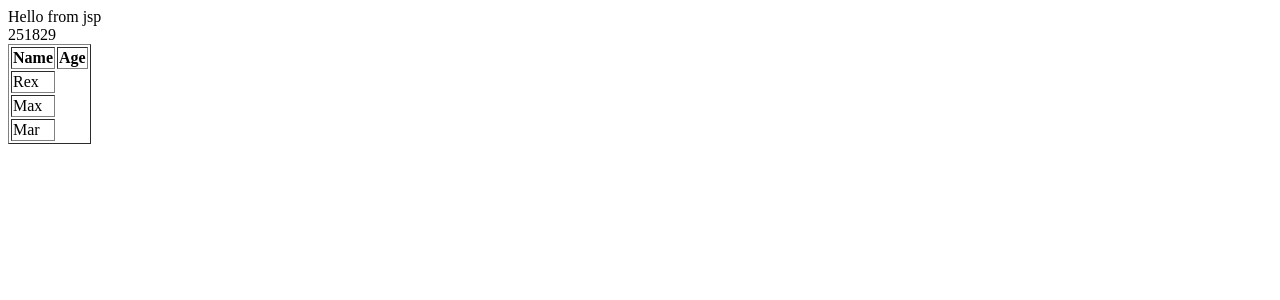
Repository: dflbv879/springefamiliarization
Page: http://localhost/WebApp/MyServlet
The author's editor kept a copy of each file at every save. The page is drawn from the files as they stood at one save, then again after the next save.
The browser window is 1280 px wide. The pictures show the whole page.
The page is served by Tomcat 9.

Above is the page before, as saved 2019-05-13 22:07:15.

### WebApp/WebContent/index.jsp
<%@ page language="java" contentType="text/html; charset=ISO-8859-1"
    pageEncoding="UTF-8"%>
<%@ page import="java.util.*"%>
<!DOCTYPE html>
<html>
<head>
<meta charset="UTF-8">
<title>Insert title here</title>
</head>
<body>
   Hello from jsp
   <br>
   <table border = "1px">
     <tr>
        <th>Name</th>
        <th>Age</th>

     </tr>



     <%
     Map<String,Integer> persons = (Map<String,Integer>)request.getAttribute("persons");
     for(Map.Entry<String, Integer> entry : persons.entrySet()){
	   out.println("<tr><td>"+entry.getKey()+"</tr></td>"+entry.getValue()+"</tr></td>");
    }
   %>
   </table>



</body>
</html>

### WebApp/src/by/demo/Servlet.java
package by.demo;

import java.io.IOException;
import java.io.PrintWriter;
import java.util.HashMap;
import java.util.Map;
import java.util.concurrent.ConcurrentHashMap;
import java.util.concurrent.atomic.AtomicInteger;

import javax.servlet.ServletException;
import javax.servlet.annotation.WebServlet;
import javax.servlet.http.HttpServlet;
import javax.servlet.http.HttpServletRequest;
import javax.servlet.http.HttpServletResponse;

/**
 * Servlet implementation class Servlet
 */
@WebServlet(name = "MyServlet", urlPatterns = { "/MyServlet" })
public class Servlet extends HttpServlet {
	private static final long serialVersionUID = 1L;


	/**
	 * @see HttpServlet#doGet(HttpServletRequest request, HttpServletResponse response)
	 */
	protected void doGet(HttpServletRequest request, HttpServletResponse response) throws ServletException, IOException {

//		request.getRequestDispatcher("hello.jsp").forward(request, response);
//		request.setCharacterEncoding("UTF-8");
//		String idParam = request.getParameter("id");
//		Integer id = 0;
//		System.out.println(idParam);
//		if(idParam!=null) {
//		   id = Integer.parseInt(idParam);
//		}
//		String user = users.get(id);
//		if(user==null) {
//			user ="";
//		}
//
//		response.setContentType("text/html;charset=utf-8");
//
//		PrintWriter out = response.getWriter();
//		out.println("<h3>user:"+user+"</h3><br>");
//		out.println("<a href ='http://localhost:8081/WebApp/user.html'>�����</a>");
//		out.close();
		Map<String,Integer> persons = new HashMap<>();
		persons.put("Mar",29);
		persons.put("Max",18);
		persons.put("Rex",25);
		request.setAttribute("persons",persons);
		request.getRequestDispatcher("index.jsp").forward(request, response);

	}

	protected void doPost(HttpServletRequest request, HttpServletResponse response) throws ServletException, IOException {

		doGet(request,response);
//		request.setCharacterEncoding("UTF-8");
//		String name = request.getParameter("name");
//		Integer id = null;
//		if(!users.containsValue(name)) {
//			id = counter.incrementAndGet();
//			users.put(id,name);
//		}
//		response.setContentType("text/html;charset=utf-8");
//
//		PrintWriter out = response.getWriter();
//		if(id==null) {
//			out.println("<h3>user ="+name+"��� ����������</h3>");
//		}else {
//			out.println("<h3>user ="+name+"� id = "+counter.get()+" ������</h3>");
//		}
//		out.println("<a href ='http://localhost:8081/WebApp/user.html'>�� �������</a>");
//		out.println(name);
//		out.close();

	}
}

After the next save:
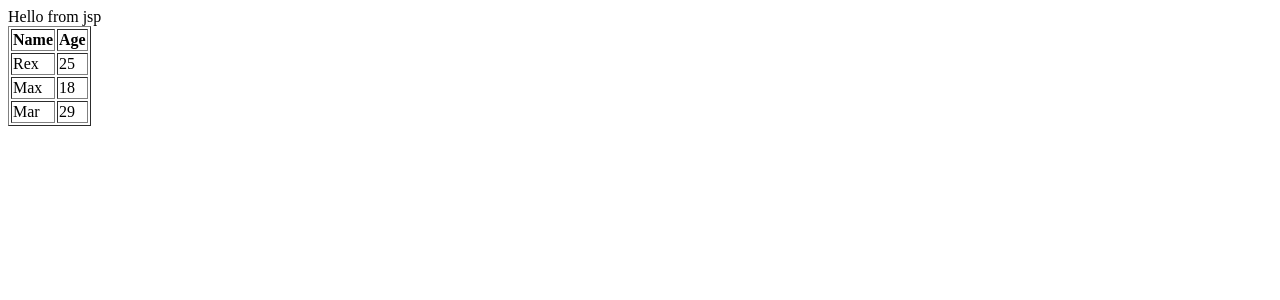
Saved 3 min 22 s later.
--- a/WebApp/WebContent/index.jsp
+++ b/WebApp/WebContent/index.jsp
@@ -22,7 +22,7 @@
      <%
      Map<String,Integer> persons = (Map<String,Integer>)request.getAttribute("persons");
      for(Map.Entry<String, Integer> entry : persons.entrySet()){
-	   out.println("<tr><td>"+entry.getKey()+"</tr></td>"+entry.getValue()+"</tr></td>");
+	   out.println("<tr><td>"+entry.getKey()+"</td><td>"+entry.getValue()+"</tr></tr>");
     }
    %>
    </table>
